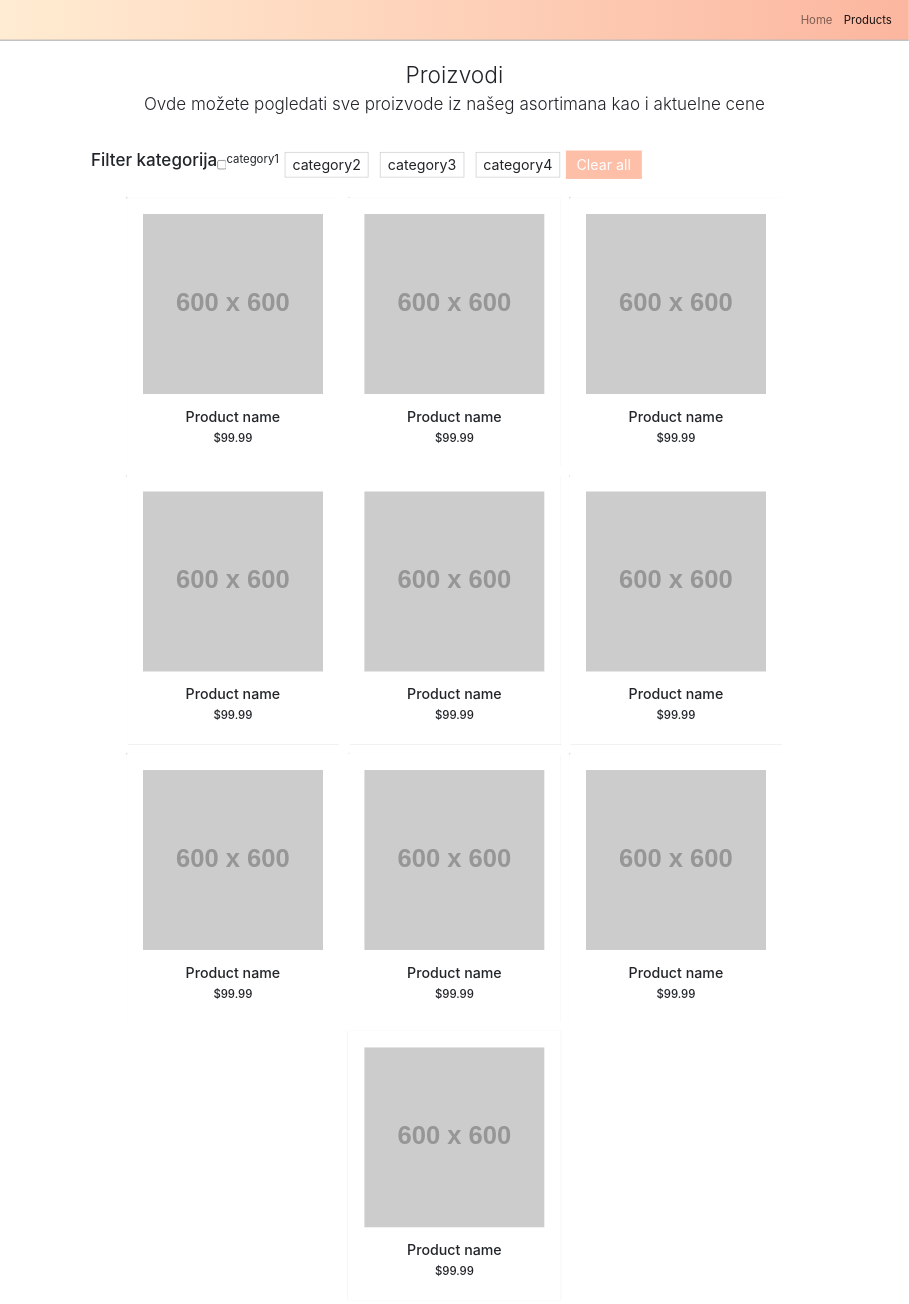
Repository: StevanFilipovic/TemplateForSinglepageWebsite
Page: products.html
The author's editor kept a copy of each file at every save. The page is drawn from the files as they stood at one save, then again after the next save.
The browser window is 1280 px wide. The pictures show the whole page, at 71% of full size.
Some web libraries are served in a nearby version.

Above is the page before, as saved 2018-06-15 10:56:24.

### products.html
<!doctype html>
<html>
<head>
	<meta charset="utf-8">
	<title>One Page Scroll</title>
	<meta name="title" content="Website by Stevan" />
	<meta name="description" content="Proizvodi"/>
    <link rel="shortcut icon" id="favicon" href="">
    <meta name="viewport" content="initial-scale=1, width=device-width, maximum-scale=1, minimum-scale=1, user-scalable=no">
	<link href='http://fonts.googleapis.com/css?family=Open+Sans:300,400,700' rel='stylesheet' type='text/css'>
	<link href='http://fonts.googleapis.com/css?family=Pacifico:400' rel='stylesheet' type='text/css'>
	<script type="text/javascript" src="http://code.jquery.com/jquery-1.9.1.js"></script>
  <link href='products-page-style.css' rel='stylesheet' type='text/css'>
  <!-- Da bi koristili less potrebno je odkomentarisati donje dve linije i uraditi konverziju css-a i ubaciti u dole navedene fajlove -->
  <!-- <link rel="stylesheet/less" type="text/css" href="onepage-scrool.less" /> -->
  <!-- <link rel="stylesheet/less" type="text/css" href="styles.less" /> -->
  <!-- <script src="less.js" type="text/javascript"></script> -->
  <link rel="stylesheet" href="https://stackpath.bootstrapcdn.com/bootstrap/4.1.1/css/bootstrap.min.css" integrity="sha384-WskhaSGFgHYWDcbwN70/dfYBj47jz9qbsMId/iRN3ewGhXQFZCSftd1LZCfmhktB" crossorigin="anonymous">

<script>
    $(document).ready(function() {
  var $products = $('.grid-products'),
      $filters = $("#filters input[type='checkbox']"),
      product_filter = new ProductFilterLevel1($products, $filters);
  product_filter.init();
});

function ProductFilterLevel1(products, filters) {
  var _this = this;

  this.init = function() {
    this.products = products;
    this.filters = filters;
    this.bindEvents();
  };

  this.bindEvents = function() {
    this.filters.click(this.filterGridProducts);
    $('#none').click(this.removeAllFilters);
  };

  this.filterGridProducts = function() {
    _this.products.hide();
    var selectedFilters = _this.filters.filter(':checked');
    if (selectedFilters.length) {
      var selectedFiltersValues = [];
      selectedFilters.each(function() {
        var currentFilter = $(this);
        selectedFiltersValues.push("[data-" + currentFilter.attr('name') + "='" + currentFilter.val() + "']");
      });
      _this.products.filter(selectedFiltersValues.join(',')).show();
    } else {
      _this.products.show();
    }
  };

  this.removeAllFilters = function() {
    _this.filters.prop('checked', false);
    _this.products.show();
  }
}
</script>

</head>
<body>
        <div class="header">
                <nav class="navbar navbar-expand-lg navbar-light">
                  <!-- <a class="navbar-brand" href="#">Navbar</a> -->
                  <button class="navbar-toggler" type="button" data-toggle="collapse" data-target="#navbarNavDropdown" aria-controls="navbarNavDropdown" aria-expanded="false" aria-label="Toggle navigation">
                    <span class="navbar-toggler-icon"></span>
                  </button>
                  <div class="collapse navbar-collapse justify-content-end" id="navbarNavDropdown">
                    <ul class="navbar-nav">
                      <li class="nav-item ">
                        <a class="nav-link" href="index.html">Home </a>
                      </li>
                      <li class="nav-item active">
                        <a class="nav-link" href="products.html">Products<span class="sr-only">(current)</span></a>
                      </li>
                      </li>
                    </ul>
                  </div>
                </nav>
                </div>
<div class="intro-text">
    <h2>Proizvodi</h2>
    <h4>Ovde možete pogledati sve proizvode iz našeg asortimana kao i aktuelne cene</h4>
</div>
<div id="filters" class="products">
    <div class="filter-wrapper">
      <h4>Filter kategorija</h4>
      <input type="checkbox" name="colour" id="category1" value="category1" ><span class="filters-title">category1</span></input>
      <label class="filter-container"><input type="checkbox" name="colour" id="category2" value="category2"><span class="filters-title">category2</span></input></label>
      <label class="filter-container"><input type="checkbox" name="colour" id="category3" value="category3"><span class="filters-title">category3</span></input></label>
      <label class="filter-container"><input type="checkbox" name="colour" id="category4" value="category4"><span class="filters-title">category4</span></input></label>
    </div>
    <div>
      <input class="button-clear dugme" type="button" id="none" value="Clear all"></input>
    </div>
  </div>

          <section class="products">
                <div class="product-card grid-products" data-colour="category1">
                    <div class="product-image">
                        <img src="http://via.placeholder.com/600x600">
                    </div>
                    <div class="product-info">
                        <h5>Product name</h5>
                        <h6>$99.99</h6>
                    </div>
                </div>

                <div class="product-card grid-products" data-colour="category1">
                    <div class="product-image">
                        <img src="http://via.placeholder.com/600x600">
                    </div>
                    <div class="product-info">
                        <h5>Product name</h5>
                        <h6>$99.99</h6>
                    </div>
                </div>

                <div class="product-card grid-products" data-colour="category2">
                    <div class="product-image">
                        <img src="http://via.placeholder.com/600x600">
                    </div>
                    <div class="product-info">
                        <h5>Product name</h5>
                        <h6>$99.99</h6>
                    </div>
                </div>

                <div class="product-card grid-products" data-colour="category2">
                    <div class="product-image">
                        <img src="http://via.placeholder.com/600x600">
                    </div>
                    <div class="product-info">
                        <h5>Product name</h5>
                        <h6>$99.99</h6>
                    </div>
                </div>

                <div class="product-card grid-products" data-colour="category3">
                    <div class="product-image">
                        <img src="http://via.placeholder.com/600x600">
                    </div>
                    <div class="product-info">
                        <h5>Product name</h5>
                        <h6>$99.99</h6>
                    </div>
                </div>

                <div class="product-card grid-products" data-colour="category3">
                    <div class="product-image">
                        <img src="http://via.placeholder.com/600x600">
                    </div>
                    <div class="product-info">
                        <h5>Product name</h5>
                        <h6>$99.99</h6>
                    </div>
                </div>

                <div class="product-card grid-products" data-colour="category3">
                    <div class="product-image">
                        <img src="http://via.placeholder.com/600x600">
                    </div>
                    <div class="product-info">
                        <h5>Product name</h5>
                        <h6>$99.99</h6>
                    </div>
                </div>

                <div class="product-card grid-products" data-colour="category4">
                    <div class="product-image">
                        <img src="http://via.placeholder.com/600x600">
                    </div>
                    <div class="product-info">
                        <h5>Product name</h5>
                        <h6>$99.99</h6>
                    </div>
                </div>

                <div class="product-card grid-products" data-colour="category4">
                    <div class="product-image">
                        <img src="http://via.placeholder.com/600x600">
                    </div>
                    <div class="product-info">
                        <h5>Product name</h5>
                        <h6>$99.99</h6>
                    </div>
                </div>

                <div class="product-card grid-products" data-colour="category4">
                    <div class="product-image">
                        <img src="http://via.placeholder.com/600x600">
                    </div>
                    <div class="product-info">
                        <h5>Product name</h5>
                        <h6>$99.99</h6>
                    </div>
                </div>

            </section>

</body>
</html>

### products-page-style.css
.header{
    background-image: linear-gradient(to right, #ffecd2 0%, #fcb69f 100%);
    border-bottom: 1px solid gray;
}
.intro-text{
  margin: 30px auto 50px;
}
.intro-text h2, .intro-text h4{
  text-align: center;
    font-weight: 300;
}
.products {
	display: flex;
    flex-wrap: wrap;
    width: 90%;
    margin: auto;
    justify-content: center;
}
#filters{
  margin-bottom: 20px;
  justify-content: start;
  width: 80%;
}

.product-card {
	display: flex;
	flex-direction: column;
    max-width: 300px;
	padding: 2%;
  /* flex: 1 16%; */
  margin: 6px;

	background-color: #FFF;
	box-shadow: 0px 0px 1px 0px rgba(0,0,0,0.25);
}

.product-image img {
	width: 100%;
}

.product-info {
	margin-top: auto;
	padding-top: 20px;
	text-align: center;
}

@media ( max-width: 920px ) {

	/* .product-card {
		flex: 1 21%;
	} */

	/* .products .product-card:first-child,
	.products .product-card:nth-child(2) {
		flex: 2 46%;
	} */

}

@media ( max-width: 600px ) {

	/* .product-card {
		flex: 1 46%;
	} */

}

@media ( max-width: 480px ) {

	h1 {
		margin-bottom: 20px;
	}

	.product-filter {
		flex-direction: column;
	}

	.sort {
		align-self: flex-start;
	}

}


/* Checkmark */

/* Customize the label (the container) */
.filter-container {
    display: block;
    position: relative;
    margin: auto 8px;
    cursor: pointer;
    font-size: 20px;
    -webkit-user-select: none;
    -moz-user-select: none;
    -ms-user-select: none;
    user-select: none;
    border: 1px solid #cccccc;
    padding: 2px 10px;
  }


.filter-category{
  border: 1px solid #cccccc;
  padding: 2px 10px;
  margin: auto 8px;
}

.dugme:focus{
  background: blue;
}

input:focus + label,
input:active + label {
  background: red;
}


  /* Hide the browser's default checkbox */
  .filter-container input {
    position: absolute;
    opacity: 0;
    cursor: pointer;
  }

  /* Create a custom checkbox */
  .checkmark {
    position: absolute;
    top: 0;
    left: 0;
    height: 30px;
    width: 30px;
    background-color: #eee;
    display: none;
  }

  /* On mouse-over, add a grey background color */
  .filter-container:hover input ~ .checkmark {
    background-color: #ccc;
  }

  /* When the checkbox is checked, add a blue background */
  .filter-container input:checked ~ .checkmark {
    background-color: #fdbfa7;
  }

  /* Create the checkmark/indicator (hidden when not checked) */
  .checkmark:after {
    content: "";
    position: absolute;
    display: none;
  }

  /* Show the checkmark when checked */
  .filter-container input:checked ~ .checkmark:after {
    display: block;
  }

  /* Style the checkmark/indicator */
  .filter-container .checkmark:after {
    left: 9px;
    top: 5px;
    width: 10px;
    height: 15px;
    border: solid white;
    border-width: 0 3px 3px 0;
    -webkit-transform: rotate(45deg);
    -ms-transform: rotate(45deg);
    transform: rotate(45deg);
  }

  .filter-wrapper{
      display: contents;
      margin-bottom: 15px;
  }

  .button-clear{
    background: #FDBFA7;
    font-size: 20px;
    color: white;
    border-style: none;
    cursor: pointer;
    padding: 5px 15px;
  }

After the next save:
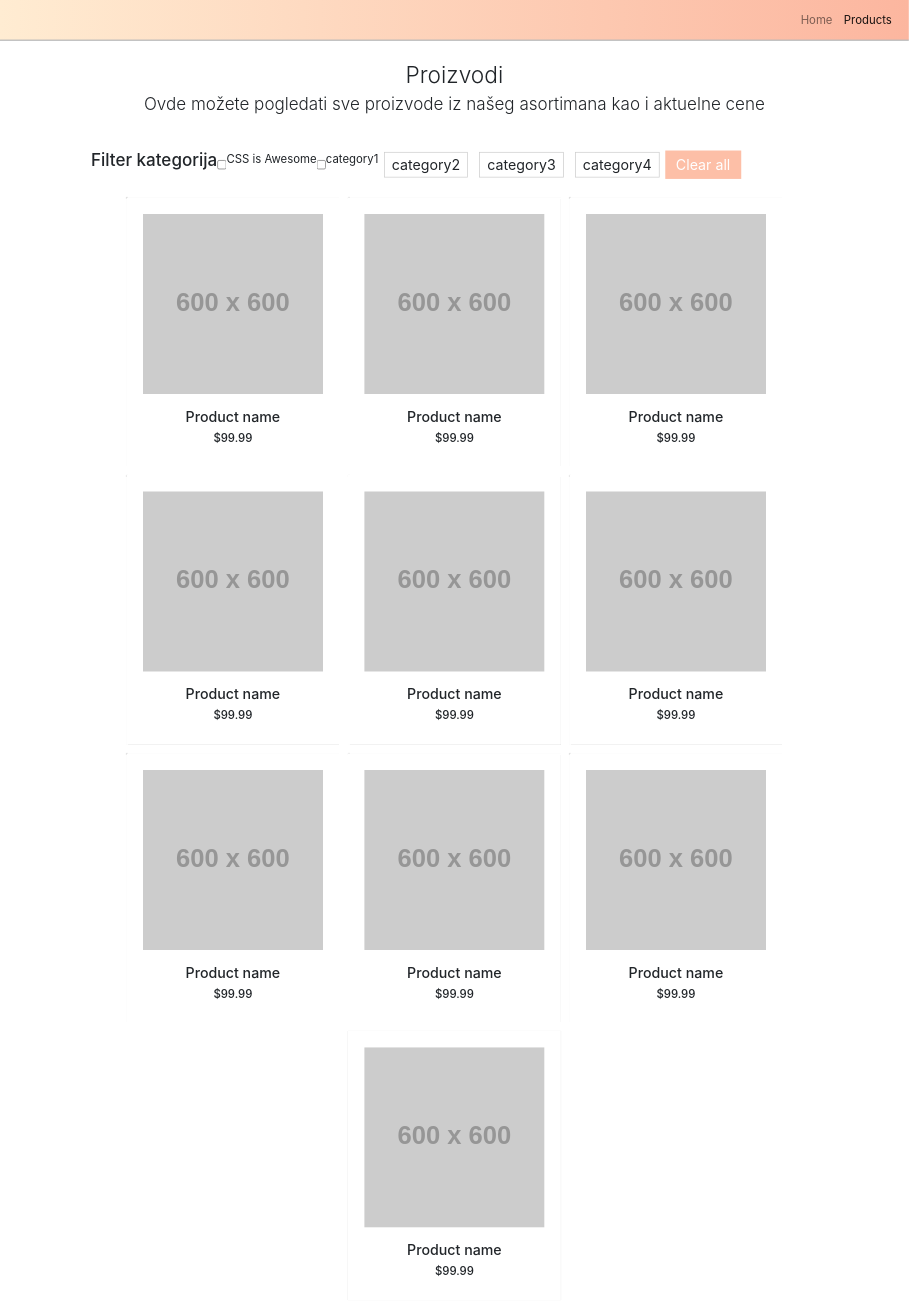
Saved 104 s later.
--- a/products.html
+++ b/products.html
@@ -89,6 +89,8 @@ function ProductFilterLevel1(products, filters) {
 <div id="filters" class="products">
     <div class="filter-wrapper">
       <h4>Filter kategorija</h4>
+      <input type="checkbox" id="ossm" name="ossm">
+<label for="ossm">CSS is Awesome</label>
       <input type="checkbox" name="colour" id="category1" value="category1" ><span class="filters-title">category1</span></input>
       <label class="filter-container"><input type="checkbox" name="colour" id="category2" value="category2"><span class="filters-title">category2</span></input></label>
       <label class="filter-container"><input type="checkbox" name="colour" id="category3" value="category3"><span class="filters-title">category3</span></input></label>
